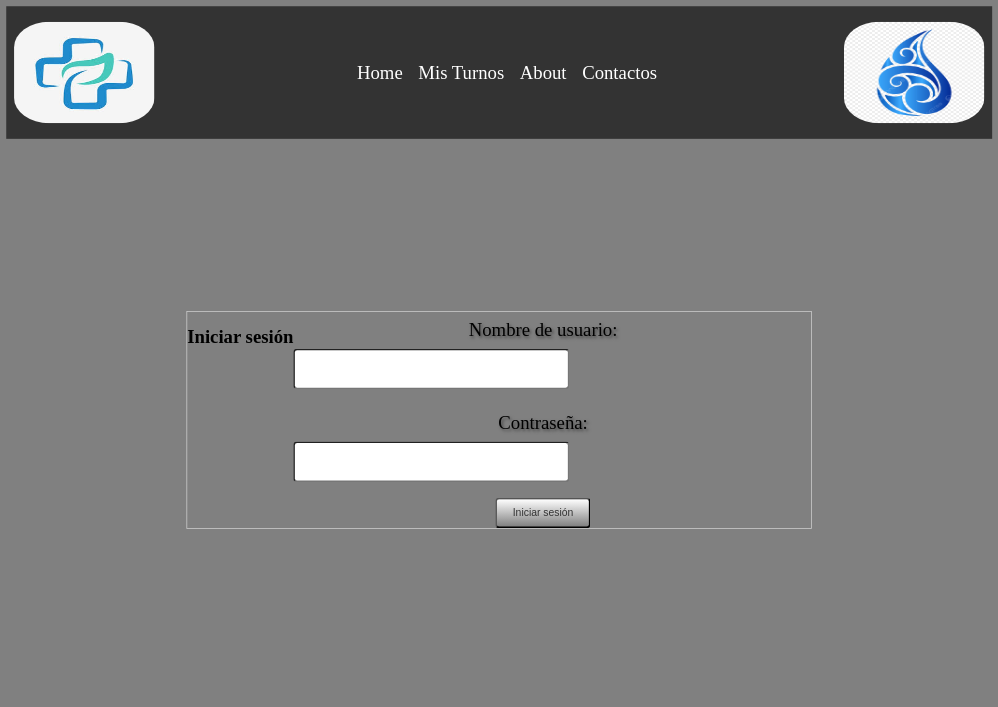
Repository: mauro8778/TurnoClinica
Page: / (app in front/vite-project/)
These files come from the project's save history. The page is drawn as it stood at one moment and after the next save; the edit follows.
The browser window is 1280 px wide. The pictures show the whole page, at 78% of full size.
The project was rebuilt for these pictures with package versions that can differ from the ones it lists, and the page was loaded fresh each time. Also part of the build but not shown: front/vite-project/vite.config.js.

Above is the page before, as saved 2024-04-14 12:56:49.

### front/vite-project/src/App.jsx

import "./index.css"
import NavBar from "./components/NavBar/NavBar.jsx";
import Login from "./views/Login/Login"


function App() {


  return (
    <>
    <NavBar/>
  <Login/>
    </>


  )
}

export default App

### front/vite-project/src/index.css
body{

  background-color: grey;
}

### front/vite-project/src/components/NavBar/NavBar.jsx

import  "./NavBar.css";
import hospital from "../../assets/hospital.jpg"
import logo from "../../assets/logo.jpg"


const NavBar=()=>{

    return(
    <>

    <div className="navbar">
      <img src={hospital} alt="Imagen 1" className="left-image" />
      <ul className="nav-list">
        <li>Home</li>
        <li>Mis Turnos </li>
        <li>About</li>
        <li>Contactos </li>
      </ul>
      <img src={logo} alt="Imagen 2" className="right-image" />
    </div>


    </>
    )
}
export default NavBar;

### front/vite-project/src/views/Login/Login.jsx
import { useState } from "react";
import axios from "axios"
import "./login.css";

const LoginForm = () => {
  const [credentials, setCredentials] = useState({
    username: "",
    password: ""
  });

  const [error, setError] = useState("");

  const handleInputChange = (event) => {
    const { name, value } = event.target;
    setCredentials({
      ...credentials,
      [name]: value
    });
  };

  const handleFormSubmit = async (event) => {
    event.preventDefault();
    if (!credentials.username && !credentials.password) {
        setError("Faltan rellenar los campos de usuario y contraseña");
        return;
      }
      if (!credentials.username) {
        setError("Falta colocar el nombre de usuario");
        return;
      }
      if (!credentials.password) {
        setError("Falta colocar la contraseña");
        return;
      }
    try {
        const response = await axios.post("http://localhost:3000/users/loguin", credentials);
        if (response.status === 200) {
          alert("Inicio de sesión exitoso");
        } else {
          setError("Credenciales inválidas");
        }
    } catch (error) {
        if (error.response && error.response.status === 400) {
          setError("Usuario inexistente");
        } else if (error.response && error.response.status === 401) {
          setError("Contraseña incorrecta");
        } else {
          setError ("Error al iniciar sesión. Por favor, inténtalo de nuevo más tarde");
        }
    }
};
  return (
    <div className="card-container">
    <div className="card">
      <h2>Iniciar sesión</h2>
      <form onSubmit={handleFormSubmit} className="form-container">
        <div className="input-container">
          <label htmlFor="username">Nombre de usuario:</label>
          <input
            type="text"
            id="username"
            name="username"
            value={credentials.username}
            onChange={handleInputChange}
          />
        </div>
        <div className="input-container">
          <label htmlFor="password">Contraseña:</label>
          <input
            type="password"
            id="password"
            name="password"
            value={credentials.password}
            onChange={handleInputChange}
          />
        </div>
        {error && <p className="error">{error}</p>}
        <button type="submit">Iniciar sesión</button>
      </form>
    </div>
  </div>
);
};

export default LoginForm;

### front/vite-project/src/components/NavBar/NavBar.css
.navbar {
  display: flex;
  justify-content: space-between;
  align-items: center;
  background-color: #333;
  padding: 10px;
  height: 150px;
}

.nav-list {
  list-style: none;
  display: flex;
  margin: 0;
  padding: 0;
}

.nav-list li {
  margin-left: 20px;
  color: white;
  font-size: 1.5rem;
}

.left-image,
.right-image {
  width: 180px;
  height: 130px;
  border-radius: 25%;
}

### front/vite-project/src/views/Login/login.css
.card-container {
  display: flex;
  justify-content: center;
  align-items: center;
  height: 100vh;
}
.centered{
  text-align: center;
  font-size: 3rem;
  color: black;
  padding: 10px 20px;
  text-shadow: 2px 2px 4px rgba(0, 0, 0, 0.5);
}
label{
  text-align: center;
  font-size: 1.5rem;
  color: black;
  padding: 10px 20px;
  border-radius: 5px;
  text-shadow: 2px 2px 4px rgba(0, 0, 0, 0.5);
  display: flex;
  justify-content: center;

}
input{
  text-align: right;
  font-size: 1.5rem;
  color: black;
  padding: 10px 20px;
  border-radius: 5px;
  text-shadow: 2px 2px 4px rgba(0, 0, 0, 0.5);
}

.card {
  display: flex;
  border: 1px solid #ccc;
  width: 80%;
  max-width: 800px;
}

.left-column,
.right-column {
  flex: 1;
  padding: 20px;
  background: linear-gradient(white,grey) ;
  display: flex;
  justify-content: center;
  align-items: center;
}

.left-column {
  border-right: 1px solid #ccc;
  background: linear-gradient(white,grey);
  display: flex;
  justify-content: center;
  align-items: center;
}

.right-column {
  display: flex;
  flex-direction: column;
  align-items: center;
  padding: 20px; }

.right-column h2 {
  margin-bottom: 20px;
}

.form-container {
  width: 80%;
  text-align: center;
}

.input-container {
  width: 100%;
  margin-bottom: 20px;
  text-align: left;
}

.error {
  color: red;
  text-align: center;
}

.button-container {
  margin: 0 5px;
}


.botones{
  display: flex;
  justify-content: space-between;
  align-items: center;
}
button {
  padding: 10px 20px;
  background: linear-gradient(white, grey);
  transition: background-color 0.3s ease;
  text-decoration: none;
  color: #333;
  border-radius: 5px;
}
button:hover {
  background-color: rgba(0, 0, 0, 0.1);
}
.Links {
  padding: 10px 20px;
  background: linear-gradient(white, grey);
  transition: background-color 0.3s ease;
  text-decoration: none;
  color: #333;
  border-radius: 5px;
}
.Links:hover {
  background-color: rgba(0, 0, 0, 0.1);
}

### front/vite-project/src/views/Register/Register.jsx

import { useState, useEffect } from "react";
import "../Register/Register.css";
import { Validate } from "../../helper/validate";
import axios from "axios";

const Register = () => {
  const [userData, setUserData] = useState({
    name: "",
    email: "",
    nDni: "",
    birthdate: "",
    username: "",
    password: ""
  });

  const [errors, setErrors] = useState({
    name: "",
    email: "",
    nDni: "",
    birthdate: "",
    username: "",
    password: ""
  });

  const [formSubmitted, setFormSubmitted] = useState(false);

  const handleInputChange = (event) => {
    const { name, value } = event.target;
    setUserData({
      ...userData,
      [name]: value
    });
  };

  const handleFormSubmit = (event) => {
    event.preventDefault();
    setFormSubmitted(true);
  };

  useEffect(() => {
    if (formSubmitted) {
      const currentErrors = Validate(userData);
      setErrors(currentErrors);

      const noErrors = Object.values(currentErrors).every(
        (error) => error === ""
      );

      if (noErrors) {
        axios
          .post("http://localhost:3000/users/register", userData)
          .then(() => {
            alert("Usuario creado con éxito");
            setFormSubmitted(false);
            setUserData({
              name: "",
              email: "",
              nDni: "",
              birthdate: "",
              username: "",
              password: ""
            });
            setErrors({
              name: "",
              email: "",
              nDni: "",
              birthdate: "",
              username: "",
              password: ""
            });
          })
          .catch((error) => {
            console.error("Error al enviar los datos:", error);
          });
      }
    }
  }, [formSubmitted, userData]);

  return (
    <>
      <div className="tarjeta">
        <div className="contenido">
          <h2>Formulario de Registro</h2>
          <form onSubmit={handleFormSubmit}>
            <label htmlFor="name">
              Nombre:
              <input
                type="text"
                value={userData.name}
                name="name"
                placeholder="Colocar tu nombre..."
                onChange={handleInputChange}
              />
            </label>
            {formSubmitted && <p className="error">{errors.name}</p>}

            <label htmlFor="email">
              Email:
              <input
                type="text"
                value={userData.email}
                name="email"
                placeholder="Colocar tu email..."
                onChange={handleInputChange}
              />
            </label>
            {formSubmitted && <p className="error">{errors.email}</p>}

            <label htmlFor="nDni">
              Numero de DNI:
              <input
                type="text"
                value={userData.nDni}
                name="nDni"
                placeholder="Colocar tu dni..."
                onChange={handleInputChange}
              />
            </label>
            {formSubmitted && <p className="error">{errors.nDni}</p>}

            <label htmlFor="birthdate">
              Fecha de Nacimiento:
              <input
                type="date"
                value={userData.birthdate}
                name="birthdate"
                placeholder="Colocar tu Fecha de Nacimiento..."
                onChange={handleInputChange}
              />
            </label>
            {formSubmitted && <p className="error">{errors.birthdate}</p>}

            <label htmlFor="username">
              Usuario:
              <input
                type="text"
                value={userData.username}
                name="username"
                placeholder="Colocar tu Usuario..."
                onChange={handleInputChange}
              />
            </label>
            {formSubmitted && <p className="error">{errors.username}</p>}

            <label htmlFor="password">
              Contraseña:
              <input
                type="password"
                value={userData.password}
                name="password"
                placeholder="Colocar tu Contraseña..."
                onChange={handleInputChange}
              />
            </label>
            {formSubmitted && <p className="error">{errors.password}</p>}

            <button type="submit">Enviar</button>
          </form>
        </div>
      </div>
    </>
  );
};

export default Register;

### front/vite-project/src/views/Register/Register.css
.tarjeta {
    display: flex;
    flex-direction: column;
    justify-content: center; /* Centra verticalmente */
    align-items: center; /* Centra horizontalmente */
    width: 300px;
    height: auto;
    margin: 20px;
    padding: 20px;
    position: relative;
    overflow: hidden;
    border: 1px solid #ccc;
    background-color: transparent;
    transition: all 0.3s ease;
  }

  .tarjeta:hover {
    transform: scale(1.05);
    box-shadow: 0 0 10px rgba(0, 0, 0, 0.2);
  }

  .contenido {
    display: flex;
    flex-direction: column;
    align-items: center;
  }

  .contenido h2 {
    color: black;
  }

  button {
    margin-top: 20px;
    padding: 10px 20px;
    background-color: transparent;
    border: none;
    color: black;
    cursor: pointer;
  }

  button:hover {
    background-color: #ccc;
  }

  input {
    margin-bottom: 10px;
    padding: 5px;
    border: none;
    border-bottom: 1px solid #ccc;
    outline: none;
  }

  input:focus {
    border-bottom-color: black;
  }
  .error{
color: red;
  }

### front/vite-project/src/helper/validate.js
export const Validate = (input) => {
    const errors = {};

    const nameRegex = /^[A-Za-z]{1,20}$/;
    if (!nameRegex.test(input.name)) {
        errors.name = "El nombre debe contener solo letras y tener máximo 20 caracteres";
    }

    const emailRegex = /^[^\s@]+@[^\s@]+\.[^\s@]+$/;
    if (!emailRegex.test(input.email)) {
        errors.email = "El email no es válido";
    }

    const nDniRegex = /^\d{1,8}$/;
    if (!nDniRegex.test(input.nDni)) {
        errors.nDni = "El número de DNI debe contener solo números y tener máximo 8 dígitos";
    }

    const birthdateRegex = /^(19|20)\d\d-(0[1-9]|1[0-2])-(0[1-9]|[12][0-9]|3[01])$/;
    if (!birthdateRegex.test(input.birthdate)) {
        errors.birthdate = "La fecha de nacimiento no es válida";
    }

    const usernameRegex = /^[A-Za-z0-9_]{3,20}$/;
    if (!usernameRegex.test(input.username)) {
        errors.username = "El nombre de usuario debe contener solo letras, números y guiones bajos, y tener entre 3 y 20 caracteres";
    }

    const passwordRegex = /^.{8,}$/;
    if (!passwordRegex.test(input.password)) {
        errors.password = "La contraseña debe tener al menos 8 caracteres";
    }

    return errors;
};

Loaded but not shown: front/vite-project/index.html (common file); front/vite-project/src/main.jsx (common file)

After the next save:
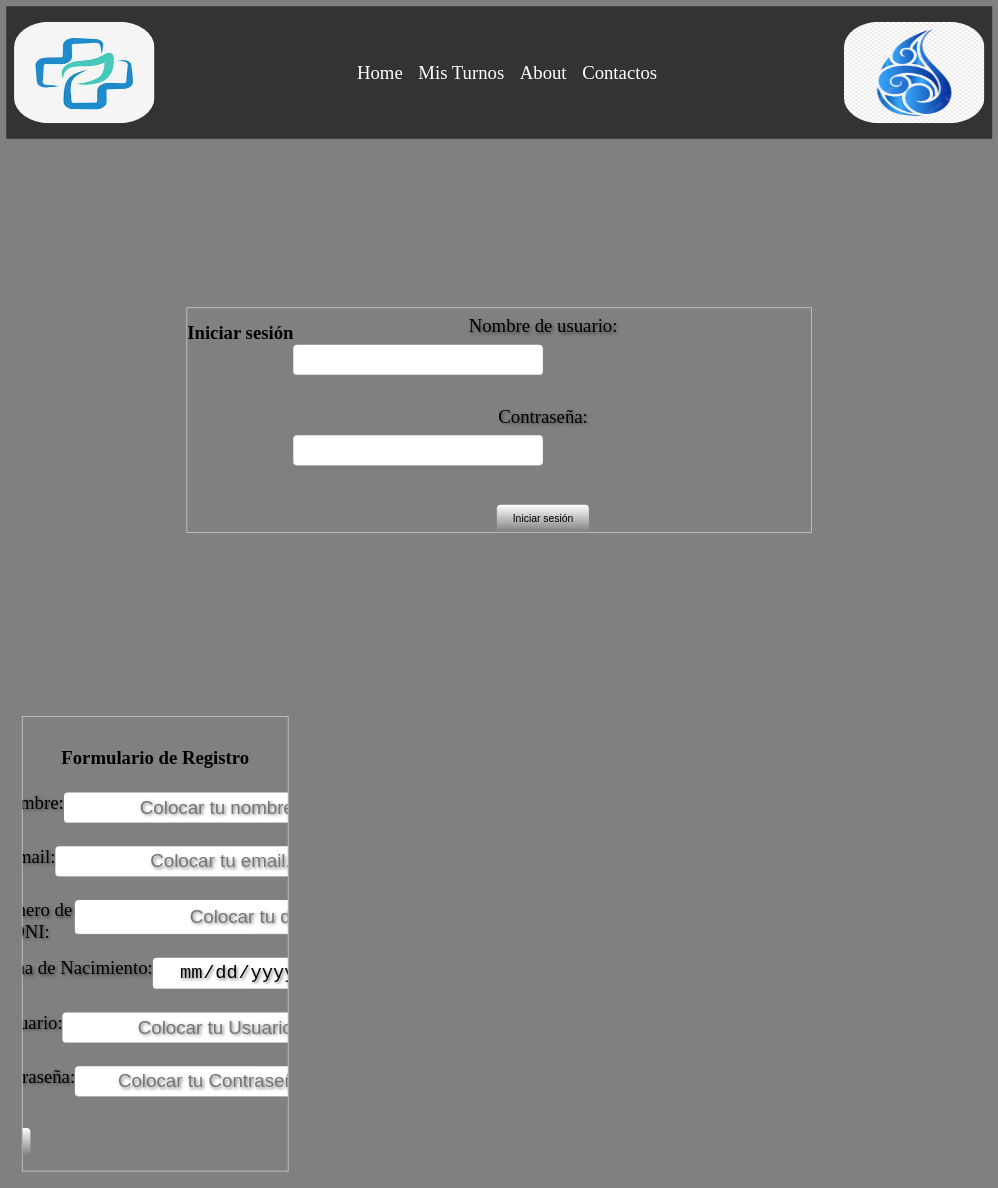
Saved 52 s later.
--- a/front/vite-project/src/App.jsx
+++ b/front/vite-project/src/App.jsx
@@ -2,6 +2,7 @@
 import "./index.css"
 import NavBar from "./components/NavBar/NavBar.jsx";
 import Login from "./views/Login/Login"
+import Register from "./views/Register/Register.jsx";
 
 
 function App() {
@@ -11,6 +12,7 @@ function App() {
     <>
     <NavBar/>
   <Login/>
+  <Register/>
     </>
 
 
